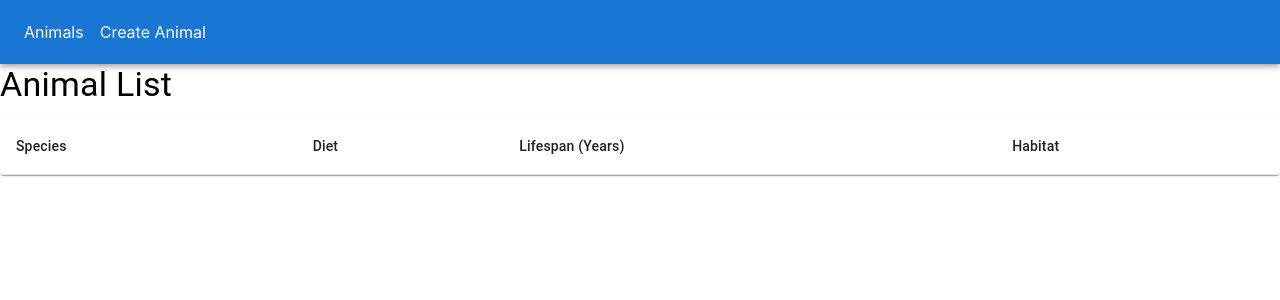
Repository: maomao7788/Digital-Zoo-Management1
Page: / (app in frontend/)
The author's editor kept a copy of each file at every save. The page is drawn from the files as they stood at one save, then again after the next save.
The browser window is 1280 px wide. The pictures show the whole page.
The page's requests for data from a server got no answer. The project was rebuilt for these pictures with package versions that can differ from the ones it lists, and the page was loaded fresh each time. No one was signed in, and anything a server would have sent is missing. Also part of the build but not shown: frontend/src/pages/CreateAnimal.tsx.

Above is the page before, as saved 2025-02-21 01:44:12.

After the next save:
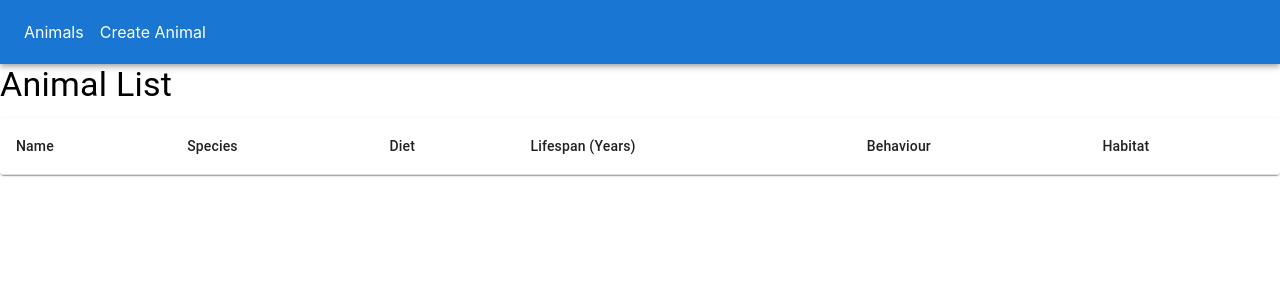
Saved 8 min 26 s later.
--- a/frontend/src/pages/AnimalList.tsx
+++ b/frontend/src/pages/AnimalList.tsx
@@ -13,6 +13,7 @@ import {
 
 interface Animal {
   id: number;
+  name: string;
   species: string;
   diet: string;
   lifespan: number;
@@ -24,7 +25,7 @@ const AnimalList = () => {
   const [animals, setAnimals] = useState<Animal[]>([]);
 
   useEffect(() => {
-    axios.get('http://localhost:8000/zoo/api/animals/')
+    axios.get('http://localhost:8000/zoo/animals/')
       .then(res => setAnimals(res.data))
       .catch(err => console.error('Failed to fetch animals:', err));
   }, []);
@@ -38,18 +39,22 @@ const AnimalList = () => {
         <Table>
           <TableHead>
             <TableRow>
+              <TableCell>Name</TableCell>
               <TableCell>Species</TableCell>
               <TableCell>Diet</TableCell>
               <TableCell>Lifespan (Years)</TableCell>
+              <TableCell>Behaviour</TableCell>
               <TableCell>Habitat</TableCell>
             </TableRow>
           </TableHead>
           <TableBody>
             {animals.map(animal => (
               <TableRow key={animal.id}>
+                <TableCell>{animal.name}</TableCell>
                 <TableCell>{animal.species}</TableCell>
                 <TableCell>{animal.diet}</TableCell>
                 <TableCell>{animal.lifespan}</TableCell>
+                <TableCell>{animal.behaviour}</TableCell>
                 <TableCell>{animal.habitat?.name || 'Unassigned'}</TableCell>
               </TableRow>
             ))}
